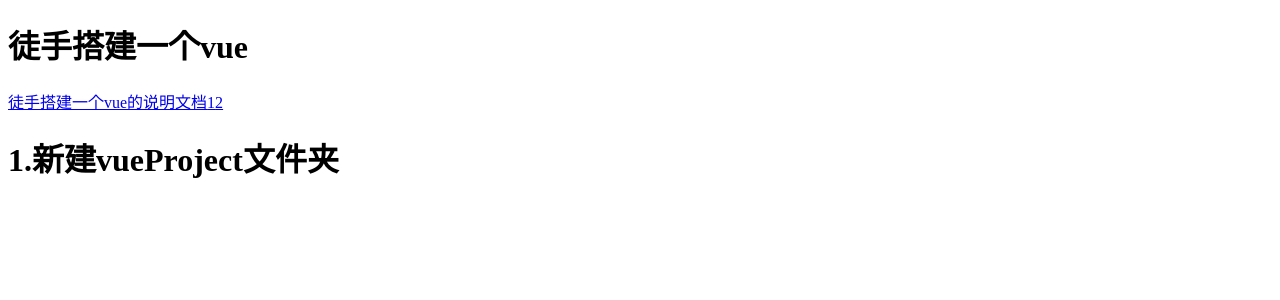
Repository: yuWhy/vue-build-cli
Page: /#/vueBuild
An editor plug-in stored every save of this project. The page is shown before and after the next save, followed by the edit.
The browser window is 1280 px wide. The pictures show the whole page.
The project was rebuilt for these pictures with package versions that can differ from the ones it lists, and the page was loaded fresh each time. Also part of the build but not shown: webpack.config.js, src/router/index.js.

Above is the page before, as saved 2021-02-19 14:00:29.

### index.html
<!DOCTYPE html>
<html lang="en">

<head>
  <meta charset="utf-8">
  <meta http-equiv="X-UA-Compatible" content="IE=edge">
  <meta name="viewport" content="width=device-width,initial-scale=1.0">
</head>

<body>
  <div id="app"></div>
</body>

</html>

### src/main.js
import Vue from 'vue'
import App from "./App.vue"
import router from './router/index.js'

new Vue({
  el: '#app',
  router,
  render: h => h(App)
})

### src/App.vue
<template>
  <div id="app">
    <h1>{{msg}}</h1>
    <router-link to="vueBuild">徒手搭建一个vue的说明文档</router-link>
    <router-link to="hello">1</router-link>
    <router-link to="login">2</router-link>
    <router-view></router-view>
  </div>
</template>

<script>
export default {
  name: 'App',
  data() {
    return {
      msg: '徒手搭建一个vue'
    }
  }
}
</script>

### src/components/vue-build.vue
<template>
  <div>
    <h1>1.新建vueProject文件夹</h1>
  </div>
</template>
<script>
export default {
  name: 'vueBuild'
}
</script>

After the next save:
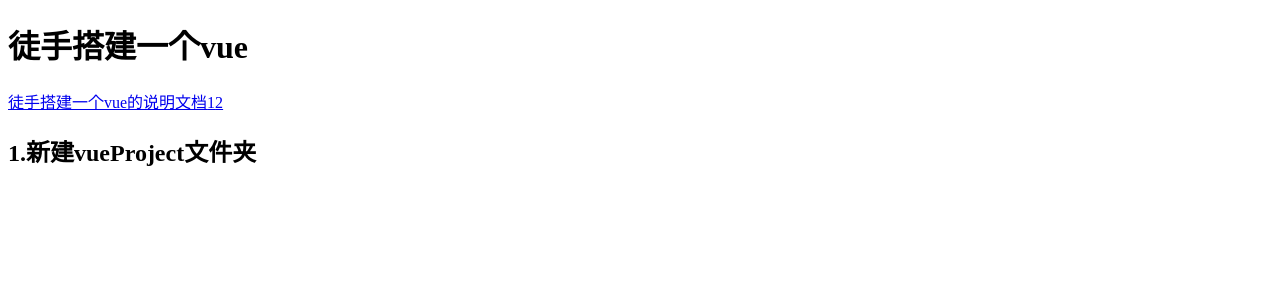
Saved 46 s later.
--- a/src/components/vue-build.vue
+++ b/src/components/vue-build.vue
@@ -1,6 +1,6 @@
 <template>
   <div>
-    <h1>1.新建vueProject文件夹</h1>
+    <h2>1.新建vueProject文件夹</h2>
   </div>
 </template>
 <script>
